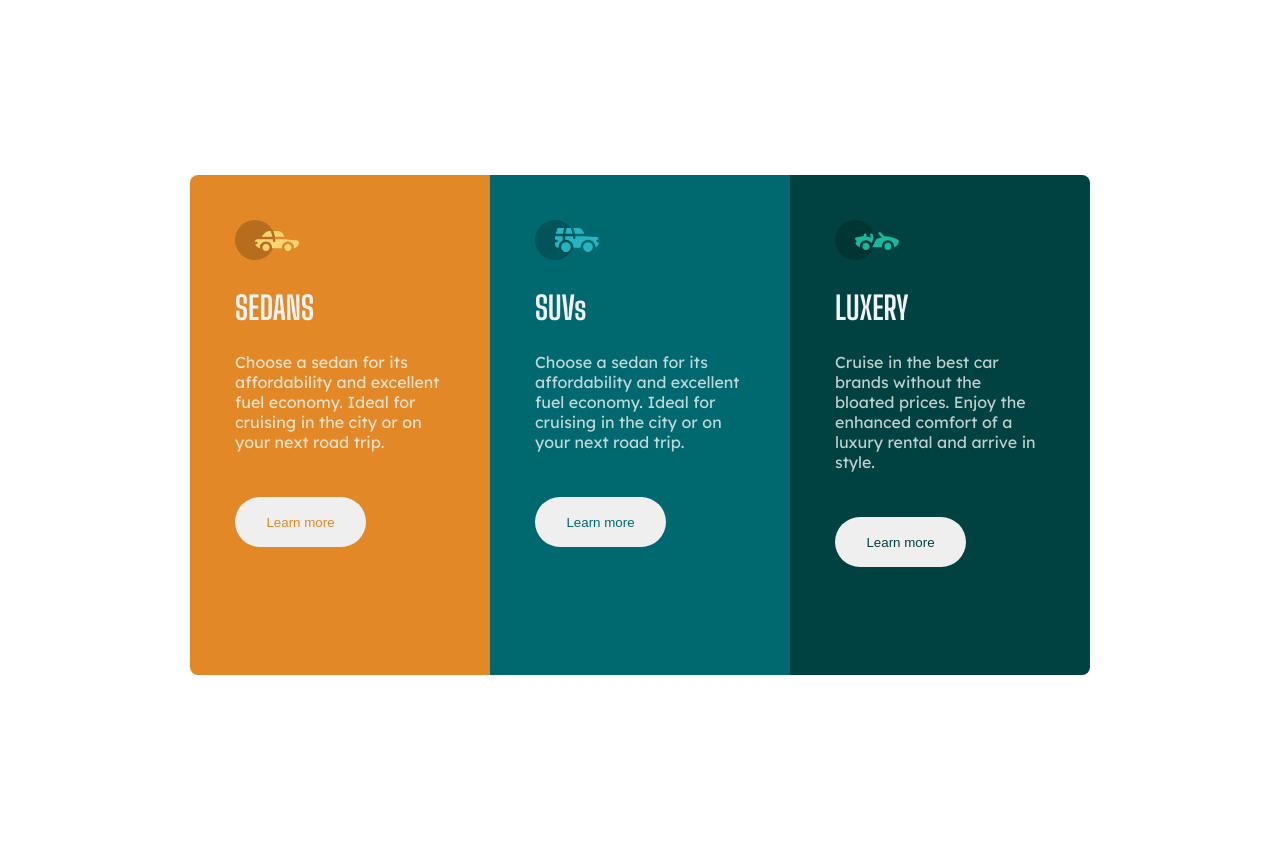
Repository: Toqa-25/3-cards-component
Page: index.html
The author's editor kept a copy of each file at every save. The page is drawn from the files as they stood at one save, then again after the next save.
The browser window is 1280 px wide. The pictures show the whole page.

Above is the page before, as saved 2021-07-12 03:53:03.

### index.html
<!DOCTYPE html>
<html lang="en">
<head>
    <meta charset="UTF-8">
    <meta http-equiv="X-UA-Compatible" content="IE=edge">
    <meta name="viewport" content="width=device-width, initial-scale=1.0">
     <!-- css style file -->
     <link rel="stylesheet" href="css/style.css">
     <!-- fonts file -->
     <link rel="preconnect" href="https://fonts.googleapis.com">
        <link rel="preconnect" href="https://fonts.gstatic.com" crossorigin>
        <link href="https://fonts.googleapis.com/css2?family=Lexend+Deca&display=swap" rel="stylesheet">
        <link rel="preconnect" href="https://fonts.googleapis.com">
        <link rel="preconnect" href="https://fonts.gstatic.com" crossorigin>
        <link href="https://fonts.googleapis.com/css2?family=Big+Shoulders+Display:wght@700&display=swap" rel="stylesheet">
<!-- title  -->
    <title> 3 cards componanent</title>
</head>
<body>
    <div class="container" role="main">

        <div class="card">
            <img src="images/icon-sedans.svg" alt="">
            <h1>SEDANS</h1>
            <p>Choose a sedan for its affordability and excellent fuel economy. Ideal for cruising in the city
                or on your next road trip.</p>
                <button class="btn1">Learn more</button>
        </div>
        <div class="card">
            <img src="images/icon-suvs.svg" alt="">
            <h1>SUVs</h1>
            <p>Choose a sedan for its affordability and excellent fuel economy. Ideal for cruising in the city
                or on your next road trip.</p>
                <button class="btn2">Learn more</button>
        </div>
        <div class="card">
            <img src="images/icon-luxury.svg" alt="">
            <h1>LUXERY</h1>
            <p> Cruise in the best car brands without the bloated prices. Enjoy the enhanced comfort of a luxury
                rental and arrive in style.</p>
                <button class="btn3">Learn more</button>
        </div>
    </div>
</body>
</html>

### css/style.css
/* Root value */
:root{
    --Bright-orange: hsl(31, 77%, 52%);
    --Dark-cyan: hsl(184, 100%, 22%);
    --Very-dark-cyan: hsl(179, 100%, 13%);
    --Transparent-white-paragraphs: hsla(0, 0%, 100%, 0.75);
    --Very-light-gray-background-headings-buttons: hsl(0, 0%, 95%);
}

/* global value */
*{
    padding: 0;
    margin:0 ;
    box-sizing: border-box;
}
body{

}
.container{
    display: flex;
    justify-content: center;
    margin:175px auto;

    /* flex-wrap: wrap;
 */
}
/* style value */
@media (min-width:1440px){
    .container{
        width: 1440px;
        height: 800px;
        /* margin:175px 265px; */
        flex-direction: row;
    }
    /* button{

            background:transparent;
        color: var(--Very-light-gray-background-headings-buttons);
    } */

}
@media (max-width:400px){
    .container{
        width: 375px;
        flex-direction: column;

    }

}
.card{
    width: 300px;
    height: 500px;
    padding: 45px;

}
.card:first-of-type{
background-color: var(--Bright-orange);
border-top-left-radius: 8px;
border-bottom-left-radius: 8px;
}
.card:nth-of-type(2){
background-color: var(--Dark-cyan);
}
.card:last-of-type{
background-color: var(--Very-dark-cyan);
border-top-right-radius: 8px;
border-bottom-right-radius: 8px;
}
img{
    margin-bottom: 25px;
}
h1{
    font-family: 'Big Shoulders Display', cursive;
    color: var(--Very-light-gray-background-headings-buttons);
    margin-bottom: 25px;

}
p{
    font-family: 'Lexend Deca', sans-serif;
    color:var(--Transparent-white-paragraphs);
    margin-bottom: 45px;
}
button{
    margin-bottom: 45px;
    padding: 10px;
    width: 131px;
    height: 50px;
    border-radius: 30px;
    border-color:var(--Very-light-gray-background-headings-buttons);

}
button{
    border: none;
}
.btn1{
    color:var(--Bright-orange);
}
.btn2{
    color: var(--Dark-cyan);
}
.btn3{
    color:var(--Very-dark-cyan);
}

/* button:first-of-type{
    background-color: transparent;
}
button:nth-of-type(2){
    background-color: var(--Dark-cyan);
}
button:last-of-type{
    background-color: var(--Very-dark-cyan);
} */

After the next save:
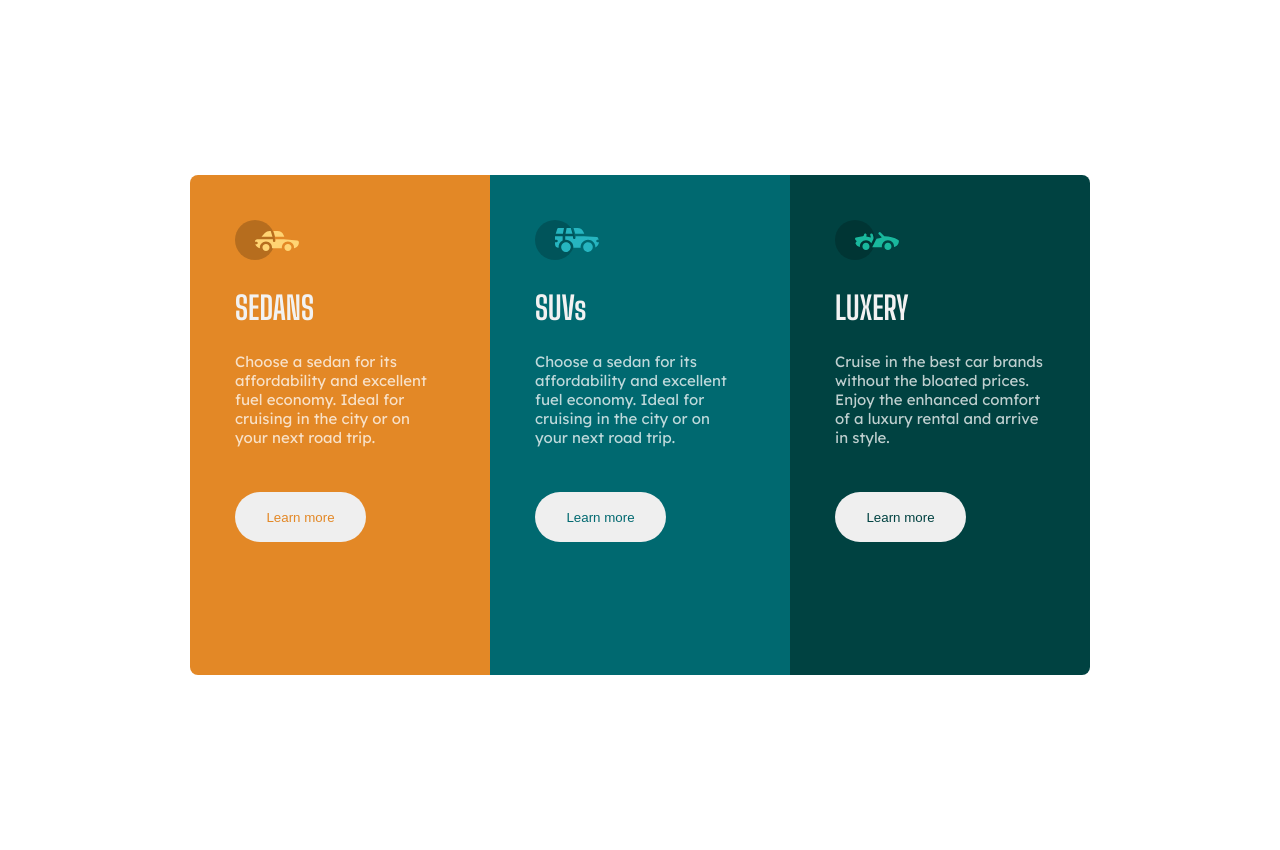
Saved 7 s later.
--- a/css/style.css
+++ b/css/style.css
@@ -79,6 +79,7 @@
     font-family: 'Lexend Deca', sans-serif;
     color:var(--Transparent-white-paragraphs);
     margin-bottom: 45px;
+    Font-size: 15px;
 }
 button{
     margin-bottom: 45px;
